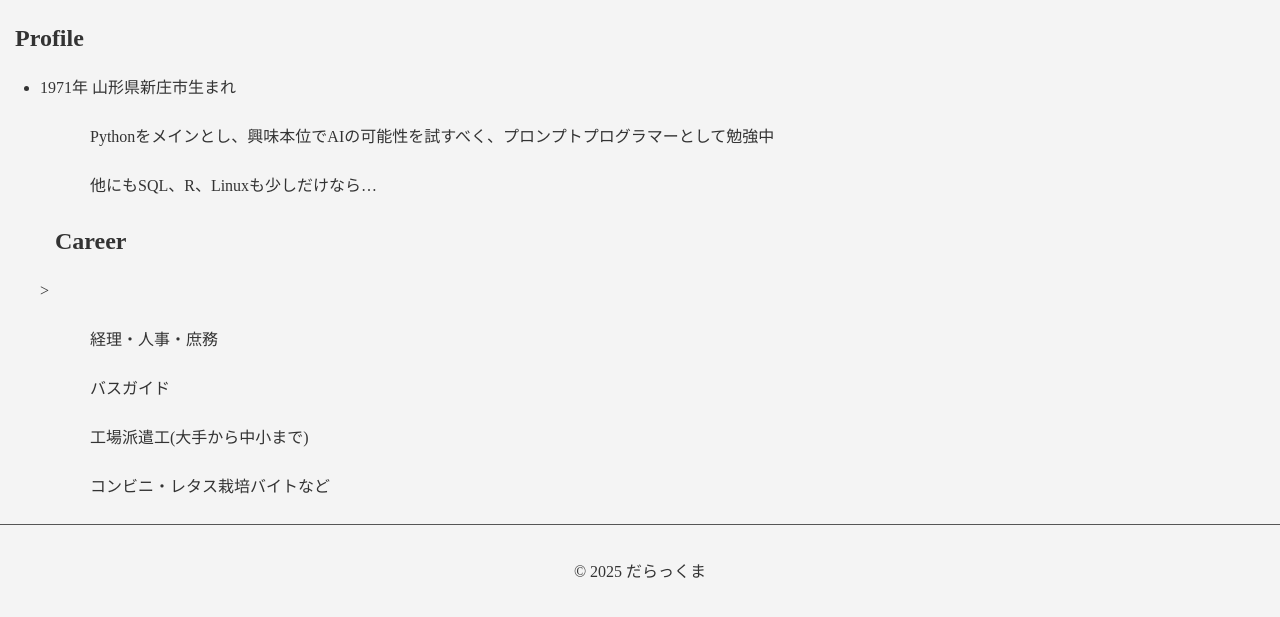
Repository: rydeen7907/html
Page: profile.html
The author's editor kept a copy of each file at every save. The page is drawn from the files as they stood at one save, then again after the next save.
The browser window is 1280 px wide. The pictures show the whole page.

Above is the page before, as saved 2025-04-27 17:40:34.

After the next save:
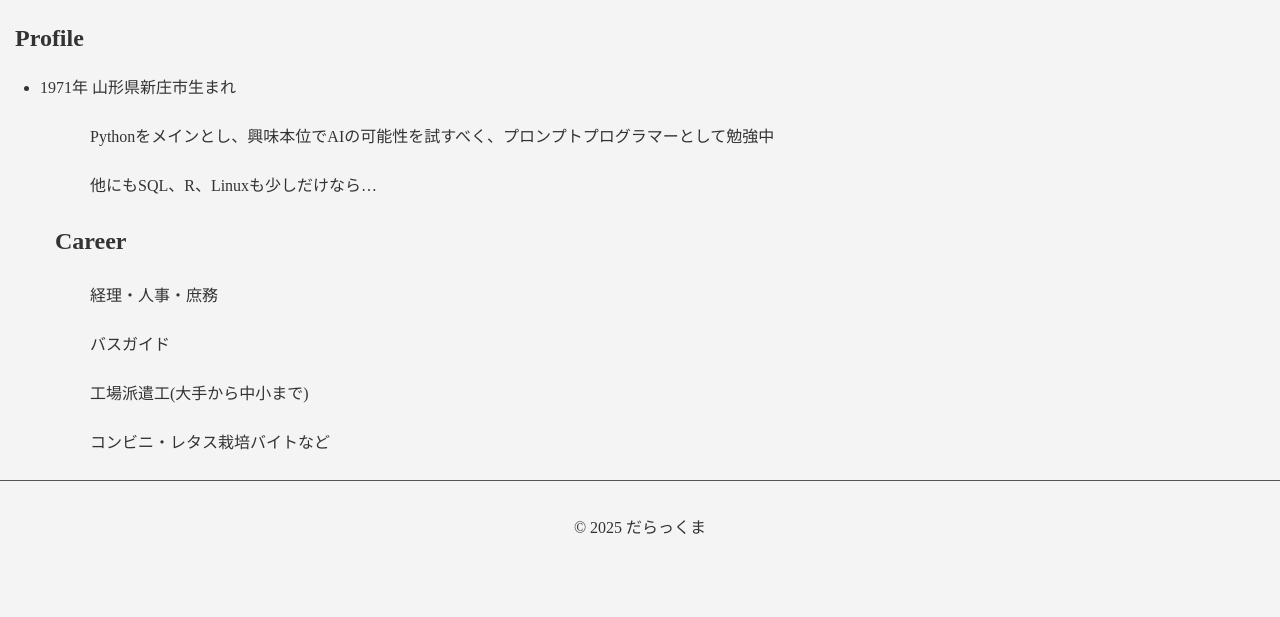
Saved 35 s later.
--- a/profile.html
+++ b/profile.html
@@ -16,7 +16,7 @@
 
             <p>他にもSQL、R、Linuxも少しだけなら…</p>
 
-        <h2>Career</h2>>
+        <h2>Career</h2>
         <p>経理・人事・庶務</p>
 
         <p>バスガイド</p>
